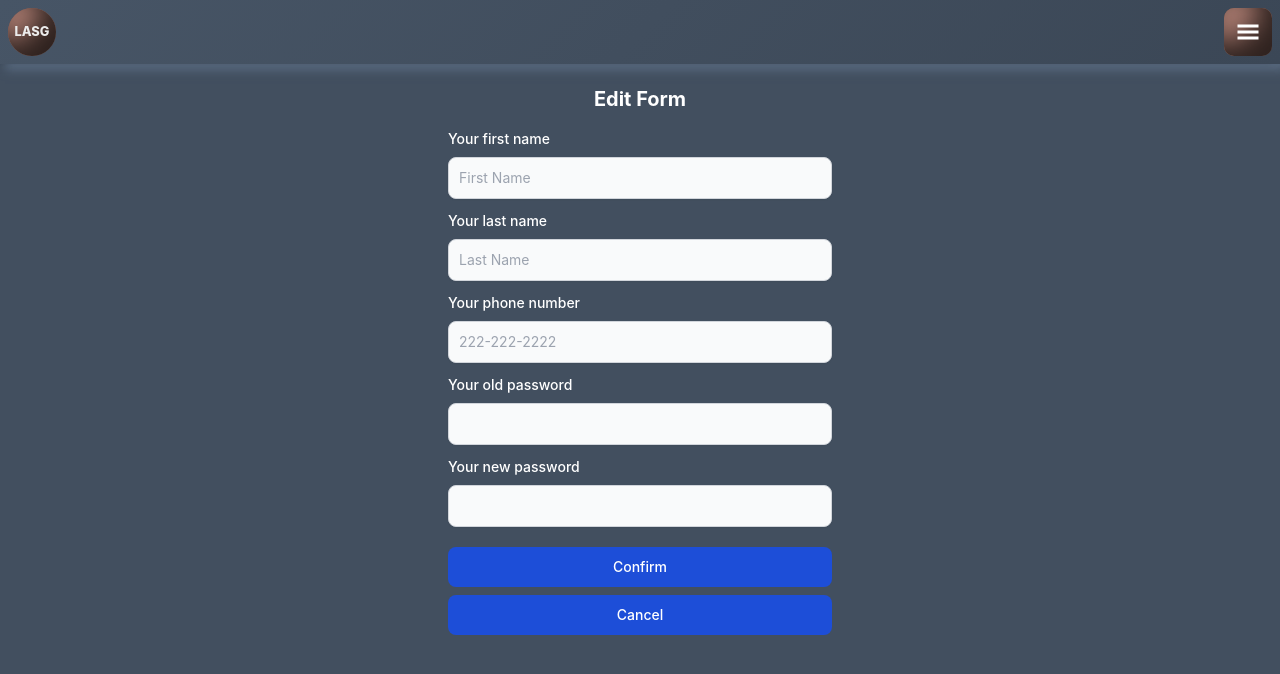
Repository: ShindanoSingi/LA-Swahili-Group
Page: /edit (app in client/)
An editor plug-in stored every save of this project. The page is shown before and after the next save, followed by the edit.
The browser window is 1280 px wide. The pictures show the whole page.
The project was rebuilt for these pictures with package versions that can differ from the ones it lists, and the page was loaded fresh each time. Also part of the build but not shown: client/src/pages/error/Error.css, client/src/pages/error/Error.js, client/src/pages/home/Home.js, client/src/pages/about/About.js, client/src/pages/contact/Contact.js, client/src/pages/login/Login.js, client/src/pages/userDashBoard/UserDashBoard.js, client/src/pages/superUsersDashBoard/SuperUsersDashBoard.js and 1 more.

Above is the page before, as saved 2024-02-12 00:15:42.

After the next save:
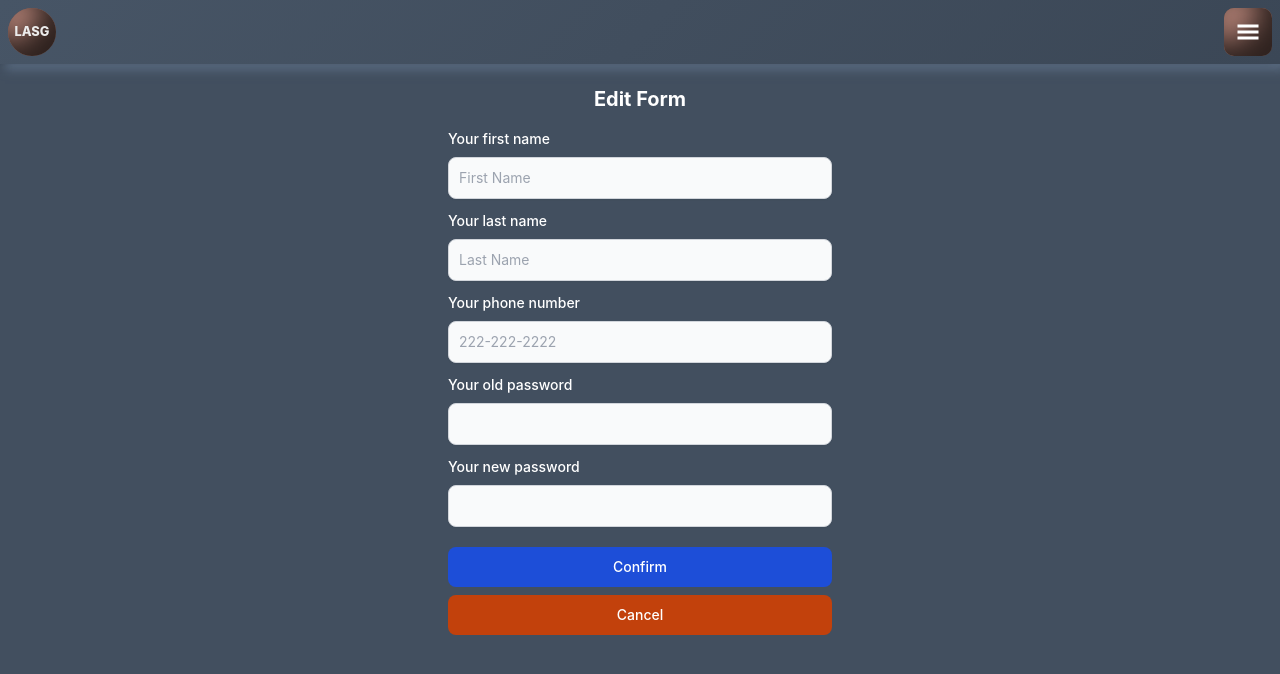
Saved 23 s later.
--- a/client/src/pages/editUser/EditUser.js
+++ b/client/src/pages/editUser/EditUser.js
@@ -92,7 +92,7 @@ function EditUser() {
                                     </button>
                                     <button
                                           type="submit"
-                                          className="text-white mt-2 w-full bg-blue-700 hover:bg-blue-800 focus:ring-4 focus:outline-none focus:ring-blue-300 font-medium rounded-lg text-sm px-5 py-2.5 text-center dark:bg-blue-600 dark:hover:bg-blue-700 dark:focus:ring-blue-800"
+                                          className="text-white mt-2 w-full bg-orange-700 hover:bg-blue-800 focus:ring-4 focus:outline-none focus:ring-blue-300 font-medium rounded-lg text-sm px-5 py-2.5 text-center dark:bg-blue-600 dark:hover:bg-blue-700 dark:focus:ring-blue-800"
                                     >
                                           Cancel
                                     </button>
